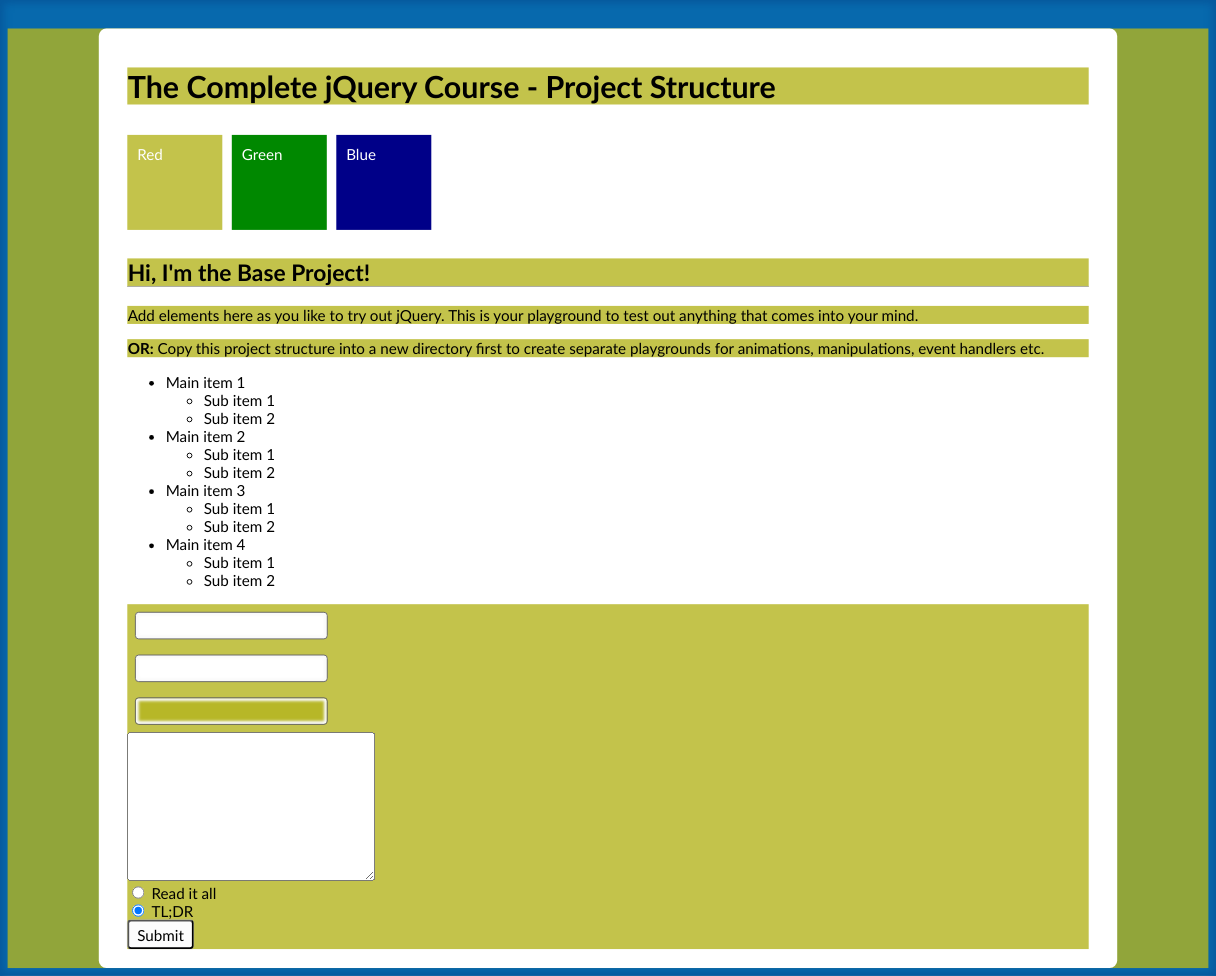
Repository: vpriyankaprabhu/Jquery-examples
Page: 03/traversals/index.html
The author's editor kept a copy of each file at every save. The page is drawn from the files as they stood at one save, then again after the next save.
The browser window is 1280 px wide. The pictures show the whole page, at 95% of full size.

Above is the page before, as saved 2024-12-29 18:28:20.

After the next save:
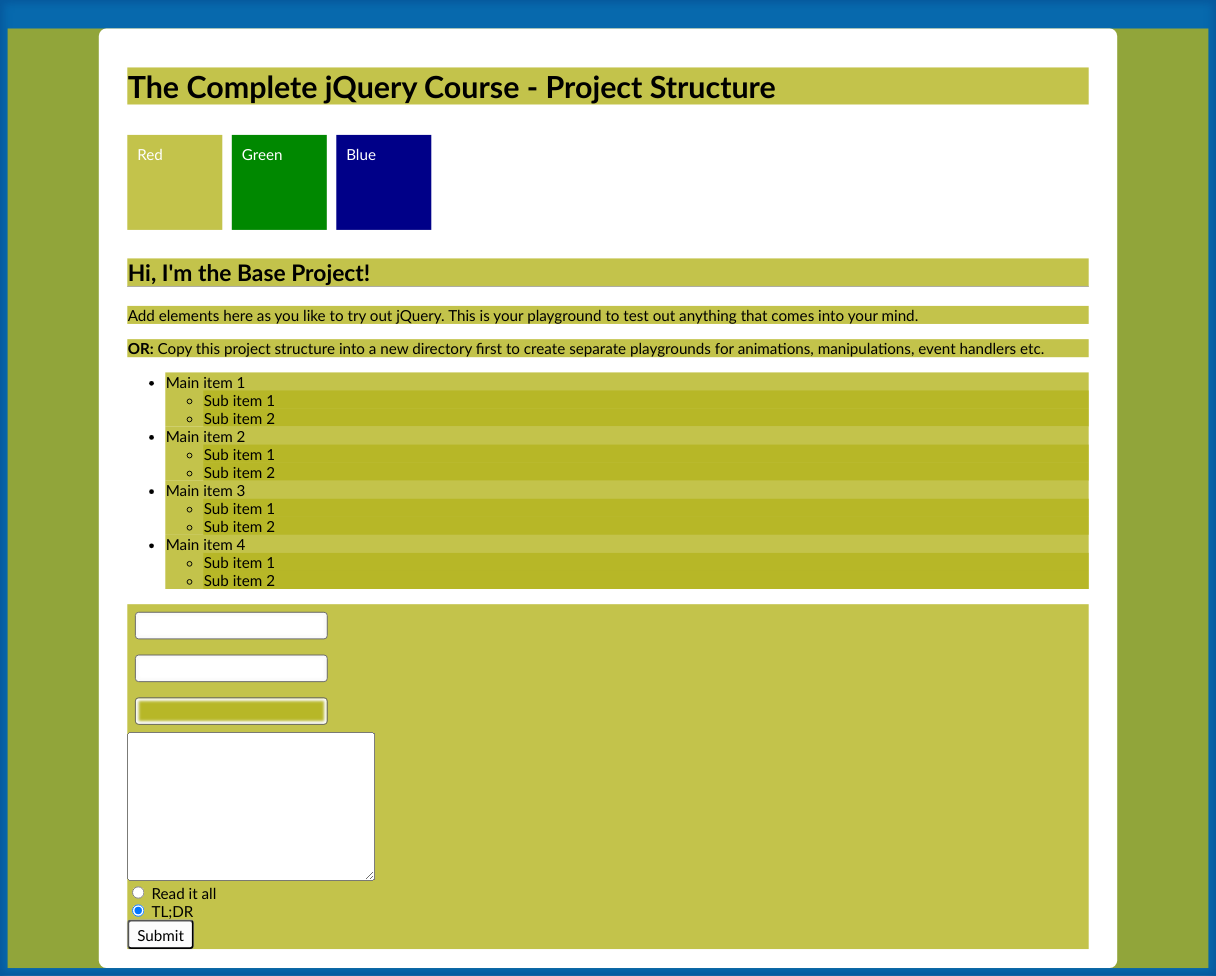
Saved 3 s later.
--- a/03/traversals/js/script.js
+++ b/03/traversals/js/script.js
@@ -5,8 +5,8 @@
 
   // Select the #list and find all <li> tags it contains
   // This contains even indirect children further down in the hierarchy
-  // var items = $("#list").find("li");
-  // highlight(items);
+  var items = $("#list").find("li");
+  highlight(items);
 
   // Select the #list and find only <li> that are *direct* children
   // Note that this will still produce a yellow background around the whole list
